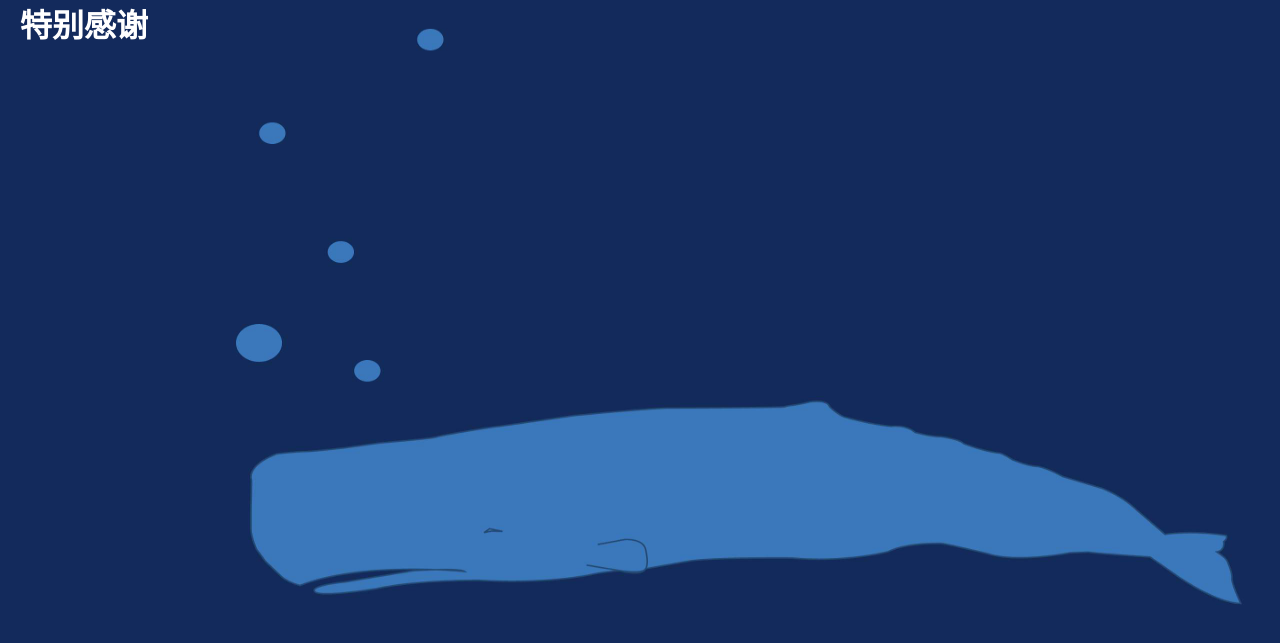
Repository: Akron-xz/helloVue
Page: /#/thanks (app in vue-library/)
An editor plug-in stored every save of this project. The page is shown before and after a run of saves, followed by the edit.
The browser window is 1280 px wide. The pictures show the whole page.
The project was rebuilt for these pictures with package versions that can differ from the ones it lists, and the page was loaded fresh each time. Also part of the build but not shown: vue-library/src/components/homeNav.vue, vue-library/src/views/Home.vue.

Above is the page before, as saved 2020-11-26 16:41:03.

After the next 2 saves:
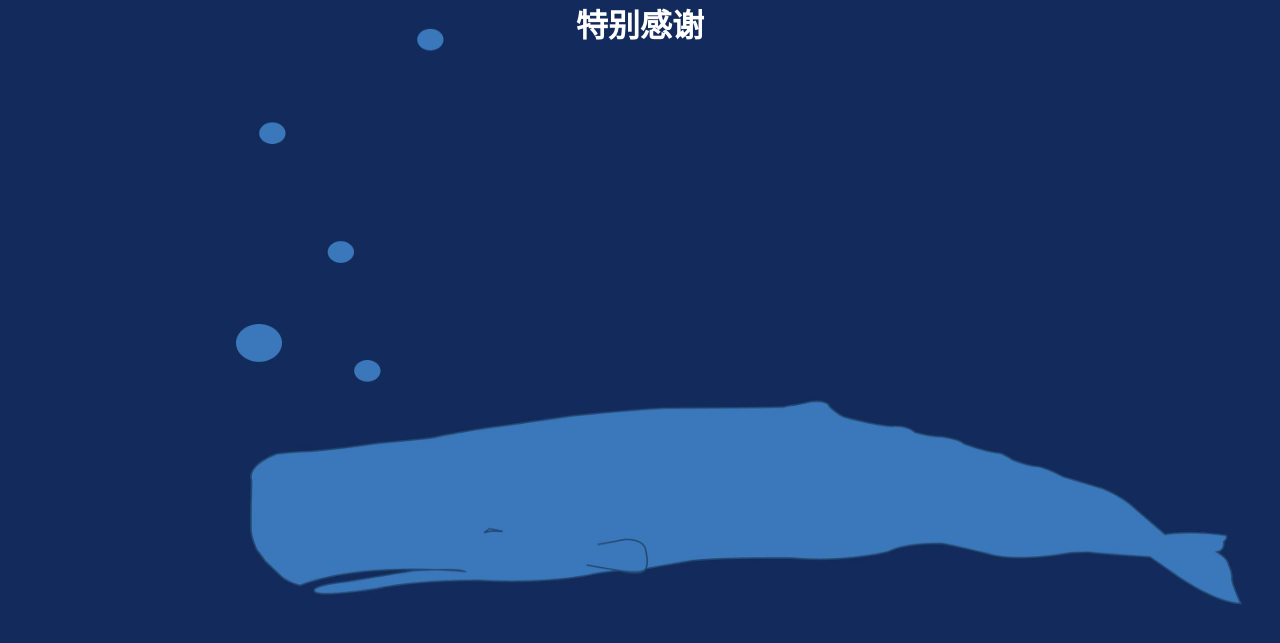
The 2 saves are shown as one change because they came seconds apart.
The last was saved 16 s later.
--- a/vue-library/src/views/Thanks.vue
+++ b/vue-library/src/views/Thanks.vue
@@ -24,8 +24,7 @@ export default {
 
 .title{
     margin-top: 0px;
-    margin-left: 20px;
-    text-align: left;
+    text-align: center;
     font-size: 32px;
     color: white;
 }
